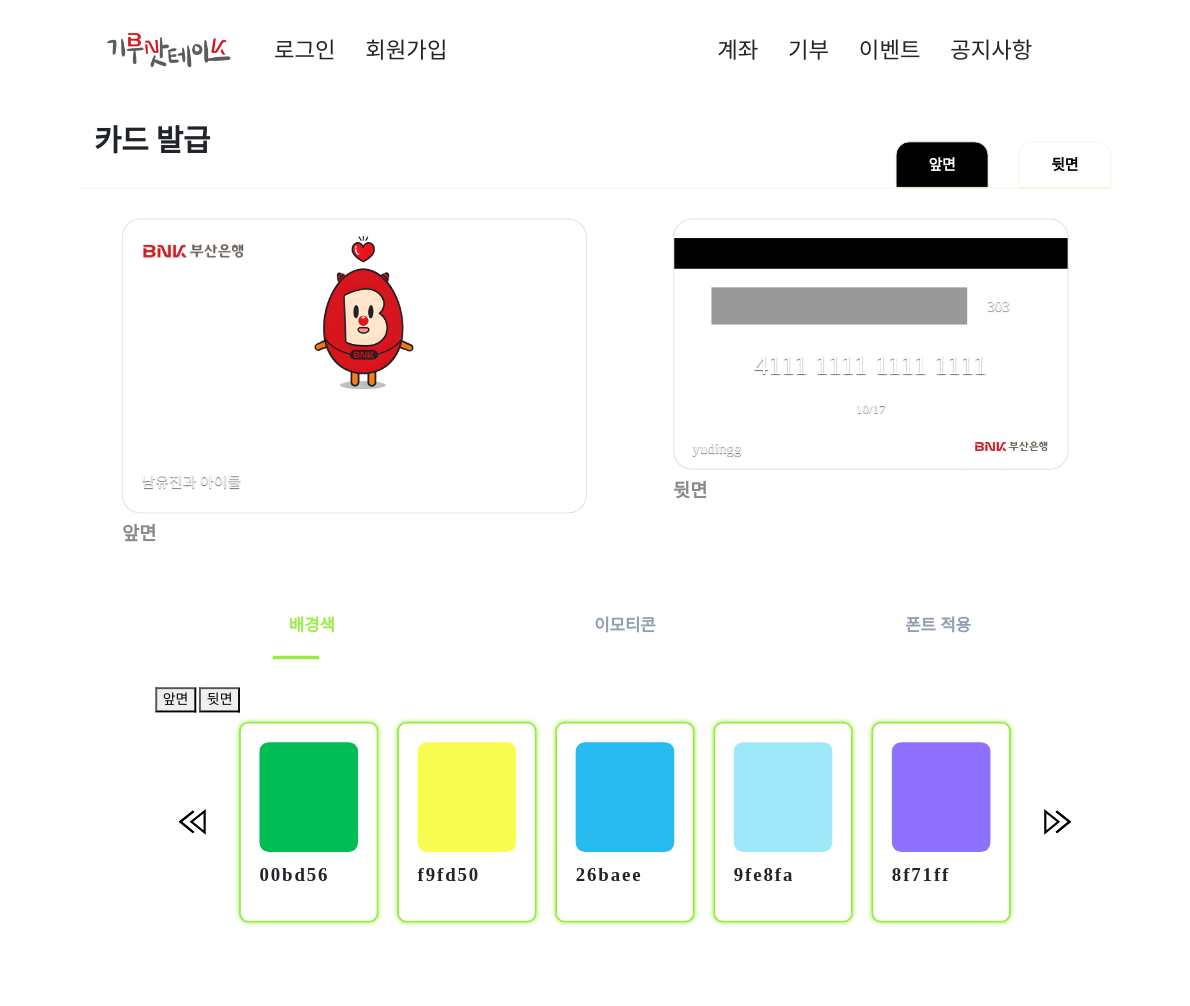
Repository: BNK-GiveNotTake/BNK-GNK-PJT
Page: http://localhost/GNT_PJT/Card/Card.jsp
An editor plug-in stored every save of this project. The page is shown before and after the next save, followed by the edit.
The browser window is 1280 px wide. The pictures show the whole page, at 93% of full size.
Some web fonts or font styles are not loaded; a fallback is used. The page is served by Tomcat 9.

Above is the page before, as saved 2022-08-30 05:57:16.

After the next save:
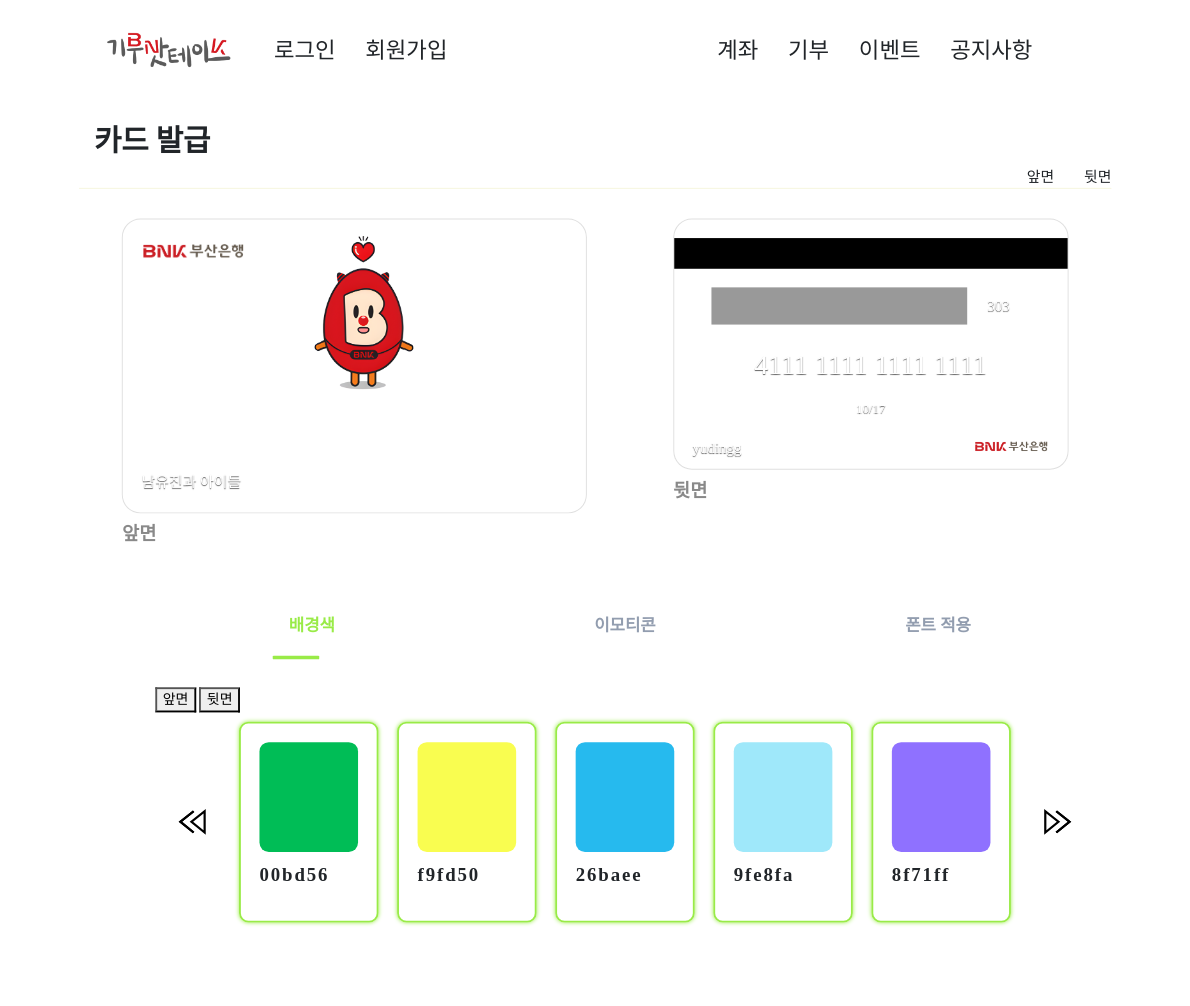
Saved 18 s later.
--- a/GNT_PJT/src/main/webapp/Card/Card.jsp
+++ b/GNT_PJT/src/main/webapp/Card/Card.jsp
@@ -145,10 +145,10 @@
 				<div class="d-flex justify-content-between align-items-end" style="border-bottom: 1px solid beige; margin-bottom: 2rem;">
 					<h2 class="title">카드 발급</h2>
 					<div class="d-flex">
-						<div class="font__color-black">
+						<div class="front-card">
 							앞면
 						</div>
-						<div class="font__color-white" style="margin-left: 2rem;">
+						<div class="back-card" style="margin-left: 2rem;">
 							뒷면
 						</div>
 					</div>
